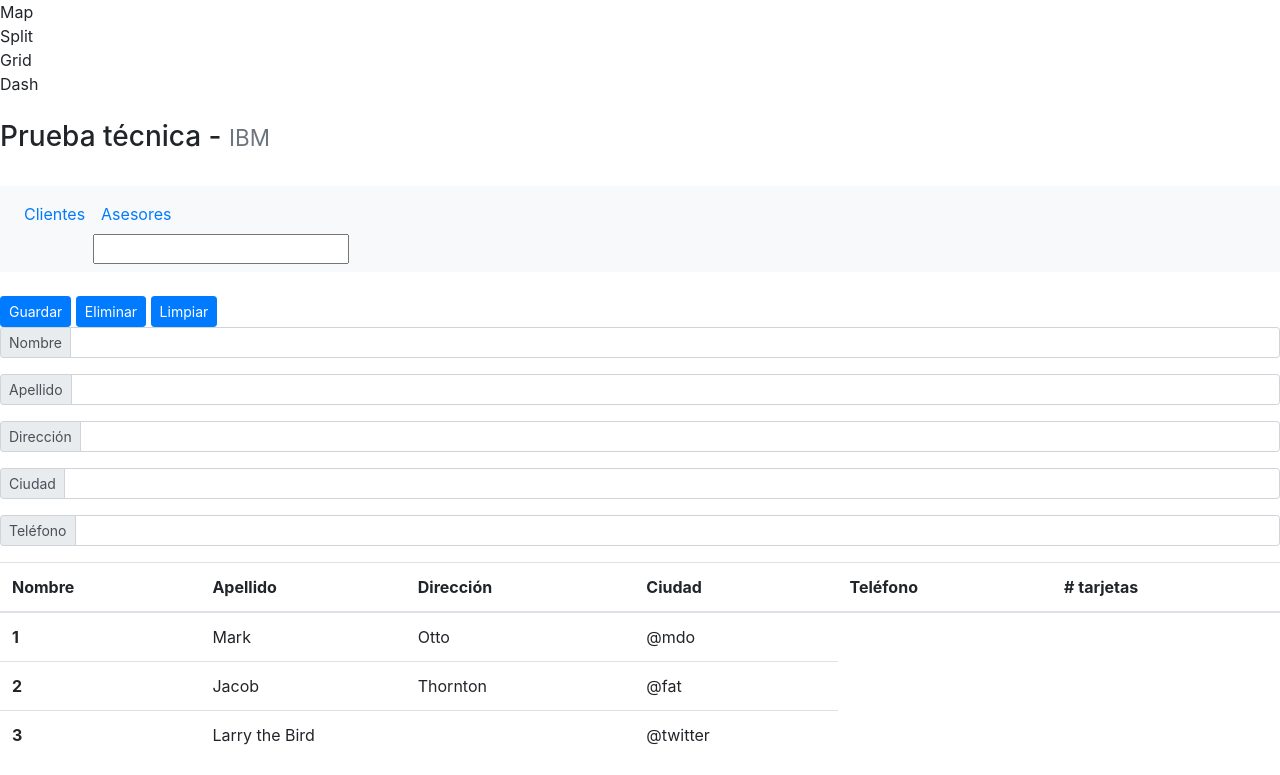
Repository: analozano16/ibm
Page: prueba_banco_war/src/main/webapp/index.html
An editor plug-in stored every save of this project. The page is shown before and after the next save, followed by the edit.
The browser window is 1280 px wide. The pictures show the whole page.
Some web libraries are served in a nearby version.

Above is the page before, as saved 2020-02-02 22:03:08.

### prueba_banco_war/src/main/webapp/index.html
<!DOCTYPE html>
<html ng-app="Clientes">
<head>
	<title>Prueba</title>
	<meta charset="utf-8" />
	<!-- angular -->
	<script src="https://ajax.googleapis.com/ajax/libs/angularjs/1.7.9/angular.min.js"></script>
	<!-- controlador -->
	<script type="text/javascript" src="app.js"></script>
	<!-- bootstrap -->
	<link rel="stylesheet" href="https://stackpath.bootstrapcdn.com/bootstrap/4.3.1/css/bootstrap.min.css" integrity="sha384-ggOyR0iXCbMQv3Xipma34MD+dH/1fQ784/j6cY/iJTQUOhcWr7x9JvoRxT2MZw1T" crossorigin="anonymous">

</head>
<body>

<div class="left">
    <div class="item">
        <i class="fas fa-fw fa-bars"></i>
    </div>
    <div class="item active">
        <i class="fas fa-fw fa-map-marked-alt"></i> Map
    </div>
    <div class="item">
        <i class="fas fa-fw fa-columns"></i> Split
    </div>
    <div class="item">
        <i class="fas fa-fw fa-th"></i> Grid
    </div>
    <div class="item">
        <i class="fas fa-fw fa-user-circle"></i> Dash
    </div>
</div>



<br/>
<h3>
  Prueba técnica -
  <small class="text-muted"> IBM</small>
</h3>
<br/>
<nav class="navbar navbar-expand-sm bg-light justify-content-center">
  <ul class="navbar-nav mr-auto">
      <li class="nav-item active">
        <a class="nav-link" href="#">Clientes <span class="sr-only">(current)</span></a>
      </li>
      <li class="nav-item">
        <a class="nav-link" href="#">Asesores</a>
        <input type = "text"/>
      </li>
  </ul>
</nav>


<br/>
<button type="button" class="btn btn-primary btn-sm">Guardar</button>
<button type="button" class="btn btn-primary btn-sm">Eliminar</button>
<button type="button" class="btn btn-primary btn-sm">Limpiar</button>

<br/>
<div class="input-group input-group-sm mb-3">
  <div class="input-group-prepend">
    <span class="input-group-text" id="inputGroup-sizing-sm">Nombre</span>
  </div>
  <input type="text" class="form-control" aria-label="Small" aria-describedby="inputGroup-sizing-sm">
</div>


<div class="input-group input-group-sm mb-3">
  <div class="input-group-prepend">
    <span class="input-group-text" id="inputGroup-sizing-sm">Apellido</span>
  </div>
  <input type="text" class="form-control" aria-label="Small" aria-describedby="inputGroup-sizing-sm">
</div>
<div class="input-group input-group-sm mb-3">
  <div class="input-group-prepend">
    <span class="input-group-text" id="inputGroup-sizing-sm">Dirección</span>
  </div>
  <input type="text" class="form-control" aria-label="Small" aria-describedby="inputGroup-sizing-sm">
</div>
<div class="input-group input-group-sm mb-3">
  <div class="input-group-prepend">
    <span class="input-group-text" id="inputGroup-sizing-sm">Ciudad</span>
  </div>
  <input type="text" class="form-control" aria-label="Small" aria-describedby="inputGroup-sizing-sm">
</div>
<div class="input-group input-group-sm mb-3">
  <div class="input-group-prepend">
    <span class="input-group-text" id="inputGroup-sizing-sm">Teléfono</span>
  </div>
  <input type="text" class="form-control" aria-label="Small" aria-describedby="inputGroup-sizing-sm">
</div>


<table class="table table-hover">
  <thead>
    <tr>
      <th scope="col">Nombre</th>
      <th scope="col">Apellido</th>
      <th scope="col">Dirección</th>
      <th scope="col">Ciudad</th>
      <th scope="col">Teléfono</th>
      <th scope="col"># tarjetas</th>
    </tr>
  </thead>
  <tbody>
    <tr>
      <th scope="row">1</th>
      <td>Mark</td>
      <td>Otto</td>
      <td>@mdo</td>
    </tr>
    <tr>
      <th scope="row">2</th>
      <td>Jacob</td>
      <td>Thornton</td>
      <td>@fat</td>
    </tr>
    <tr>
      <th scope="row">3</th>
      <td colspan="2">Larry the Bird</td>
      <td>@twitter</td>
    </tr>
  </tbody>
</table>
</body>
</html>

### prueba_banco_war/src/main/webapp/app.js
var app = angular.module("Clientes",[]);

app.controller("ClienteController", function($scope){

});

After the next save:
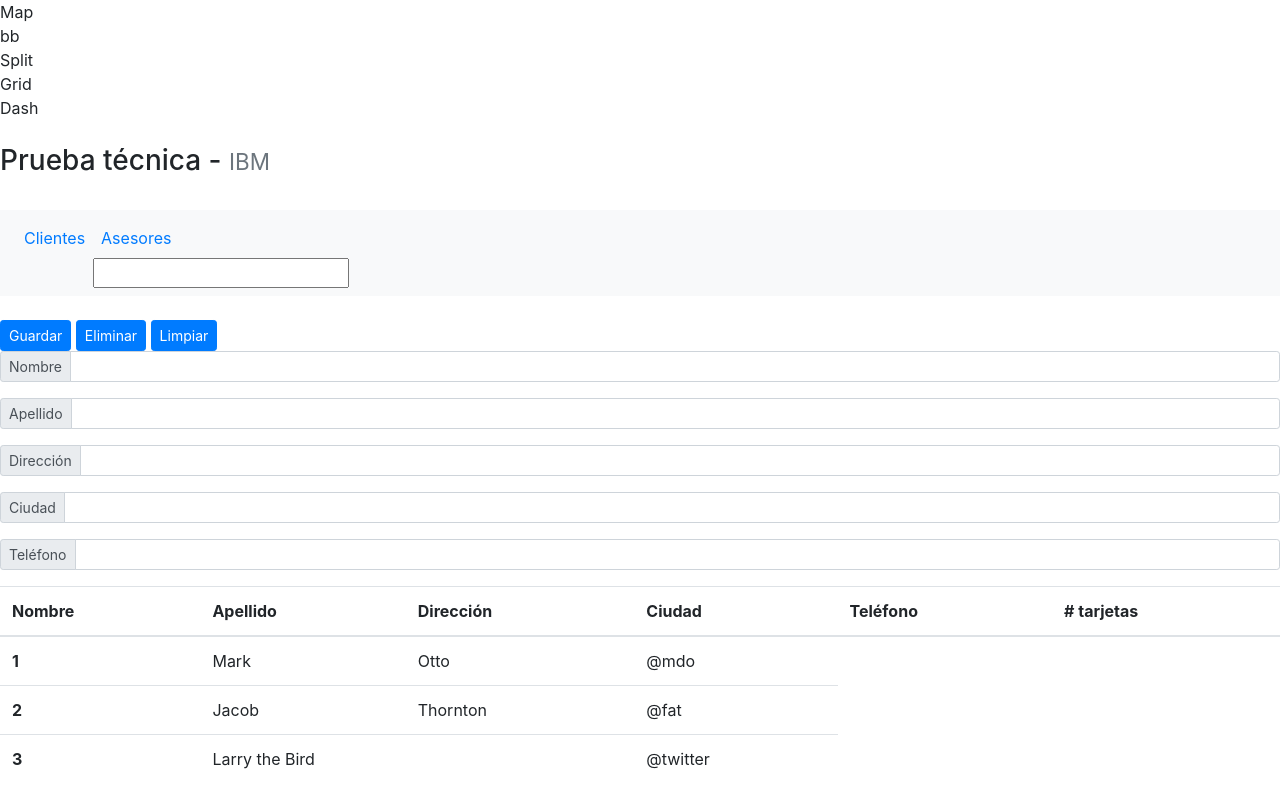
Saved 43 s later.
--- a/prueba_banco_war/src/main/webapp/index.html
+++ b/prueba_banco_war/src/main/webapp/index.html
@@ -19,6 +19,8 @@
     </div>
     <div class="item active">
         <i class="fas fa-fw fa-map-marked-alt"></i> Map
+        <br/>
+        bb
     </div>
     <div class="item">
         <i class="fas fa-fw fa-columns"></i> Split
